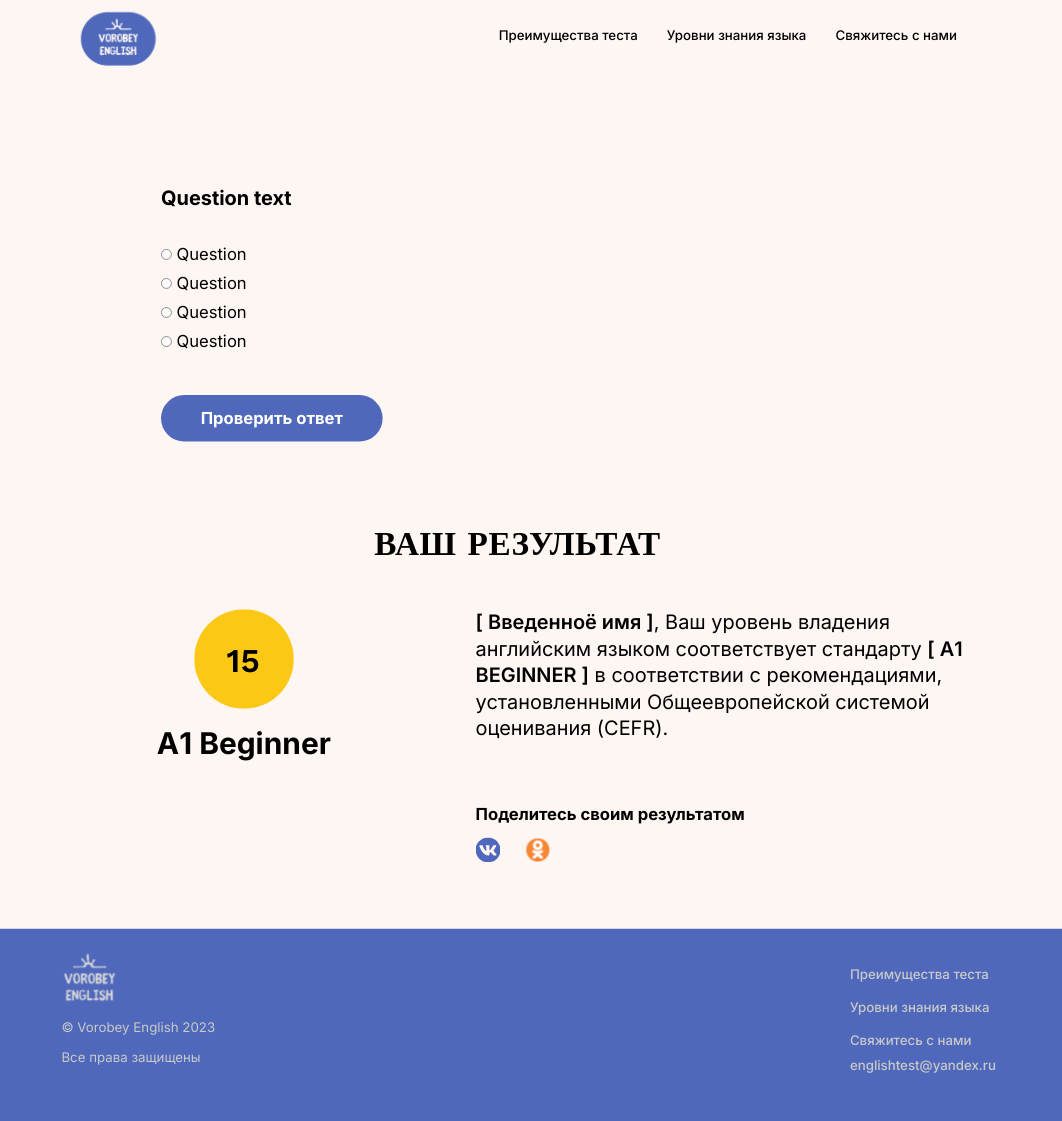
Repository: WladimirVA/PP-01-01_Dandelions
Page: test.html
The author's editor kept a copy of each file at every save. The page is drawn from the files as they stood at one save, then again after the next save.
The browser window is 1280 px wide. The pictures show the whole page, at 83% of full size.

Above is the page before, as saved 2023-02-14 13:50:09.

### test.html
<!DOCTYPE html>
<html lang="ru">
<head>
    <meta charset="UTF-8">
    <meta http-equiv="X-UA-Compatible" content="IE=edge">
    <meta name="viewport" content="width=device-width, initial-scale=1.0">
    <link href="./static/css/style.css" rel="stylesheet" type="text/css">
    <link href="./static/css/test.css" rel="stylesheet" type="text/css">
    <link href="./static/css/fonts.css" rel="stylesheet" type="text/css">
    <link rel="icon" sizes="16x16" href="./static/img/Иконка _Лого_ (1_1).svg" type="image/x-icon">
    <title>Dandelions</title>
</head>
<body>
    <header class="header" di="HOME">
        <div class="section">
            <div class="section-header">
                <div class="logo">
                    <img src="./static/img/Иконка _Лого_ (1).svg">
                </div>
                <nav>
                    <ul class="header-nav">
                        <li><a class="link" href="./Index.html">Преимущества теста</a></li>
                        <li><a class="link" href="./Index.html">Уровни знания языка</a></li>
                        <li><a class="link" href="#">Свяжитесь с нами</a></li>
                    </ul>
                </nav>
            </div>
        </div>
        <form class="quiz-box" id="quiz" method="post">
            <div class="quiz-header">
                <h2 id="question">Question text</h2>
                <ul>
                    <li>
                        <input type="radio" name="answer" id="a" class="answer" onchange="document.getElementById('submit').disabled = !this.checked;">
                        <label for="a" id="a_text">Question</label>
                    </li>
                    <li>
                        <input type="radio" name="answer" id="b" class="answer" onchange="document.getElementById('submit').disabled = !this.checked;">
                        <label for="b" id="b_text">Question</label>
                    </li>
                    <li>
                        <input type="radio" name="answer" id="c" class="answer" onchange="document.getElementById('submit').disabled = !this.checked;">
                        <label for="c" id="c_text">Question</label>
                    </li>
                    <li>
                        <input type="radio" name="answer" id="d" class="answer" onchange="document.getElementById('submit').disabled = !this.checked;">
                        <label for="d" id="d_text">Question</label>
                    </li>
                </ul>
            </div>
            <div class="button-test">
                <button class="button test_button" id="submit" disabled>Проверить ответ</button>
            </div>
        </form>

        <form class="result">
            <div class="title-result">
                <p>Ваш Результат</p>
            </div>
            <div class="result1">
                <div class="level-2">
                    <div class="level">
                        <img src="./static/img/Ellipse 15.svg" alt="Result">
                        <p>15</p>
                    </div>
                    <div class="lavel-1">
                        <p>А1  Beginner</p>
                    </div>
                </div>
                    <div class="">
                        <p class="info-result-p"><span style="font-weight: 600;"> [ Введенноё имя ]</span>, Ваш уровень владения английским языком соответствует стандарту <span style="font-weight: 600;">[ А1 BEGINNER ]</span> в соответствии
                            с рекомендациями, установленными Общеевропейской системой оценивания (CEFR).</p>
                            <div class="share">
                                <p>Поделитесь своим результатом</p>
                                <div class="share-img">
                                    <img src="./static/img/VK.svg" alt="VK">
                                    <img src="./static/img/odnoklassniki 1.svg" alt="odnoklassniki">
                                    <!-- <img src="./static/img/instagram3 1.svg" alt="instagram"> -->
                                </div>
                            </div>
                        </div>

                </div>
        </form>

    </header>
    <footer class="FOOTER">
        <div class="section">
            <div class="section-footer">
                <div class="footer-logo">
                    <img src="./static/img/Vector (3).svg">
                    <p class="footer-logo-p">© Vorobey English 2023</p>
                    <p class="footer-logo-p2">Все права защищены</p>
                </div>
                <div class="footer-navi">
                    <nav>
                        <ul class="footer-nav">
                            <li><a class="footer-link" href="#HOME">Преимущества теста</a></li>
                            <li><a class="footer-link" href="#HOME">Уровни знания языка</a></li>
                            <li><a class="footer-link" href="#HOME">Свяжитесь с нами</a></li>
                        </ul>
                    </nav>
                    <p><a class="footer-link" href="mailto:englishtest@yandex.ru">englishtest@yandex.ru</a></p>
                </div>

            </div>
        </div>
    </footer>

</body>

</html>

### static/css/style.css
body {
    scroll-behavior: smooth;
    align-items: center;
    width: 100%;
    max-width: 1366px;
    margin: auto;
    font-family: 'Inter', 'Work Sans', "NunitoSans-Light", Arial, Helvetica, sans-serif;
}

.section {
    margin: 0 auto;
    max-width: 1366px;
}

* {
    margin: 0;
    padding: 0;
}
.header {
    margin-left: 59px;
    margin-right: 92px;
}
.section-header {
    justify-content: space-between;
    height: 83px;
    width: 100%;
    display: flex;
    align-items: center;
}
.logo {
    width: 84px;
    height: auto;
}
.header-nav {
    display: flex;
    list-style-type: none;
}
.link {
    text-decoration: none;
    /* cursor: pointer; */
    font-family: 'Inter';
    font-weight: 500;
    font-size: 16px;
    line-height: 19px;
    color: #000000;
}
.header-nav li {
    margin-right: 35px;
}

.HOME {
    margin-top: 64px;
    margin-left: 93px;
    margin-right: 92px;
    background-color: #FEF6F3;
}
.section-home {
    align-items: center;
    display: flex;
    justify-content: space-between;
    margin-top: -90px;
}


.title {
    font-family: 'Work Sans';
    font-style: normal;
    font-weight: 600;
    font-size: 40px;
    line-height: 48px;
    display: flex;
    align-items: center;
    letter-spacing: 0.02em;
    text-transform: uppercase;
}
.home_p {
    font-family: 'Work Sans';
    font-style: normal;
    font-weight: 400;
    font-size: 20px;
    line-height: 24px;
    margin-top: 43px;
}

.home_ul {
    margin-top: 35px;
}
.home_li {
    list-style-type: none;
    margin-top: 12px;
    font-family: 'Inter';
    font-style: normal;
    font-weight: 400;
    font-size: 16px;
    line-height: 20px;
}

.check {
    margin-bottom: -7px;
    margin-right: 16px;
}

.buttonsHome {
    margin-top: 68px;
}
.button_home {
    background: #FBC815;
    border-radius: 50px;
    width: 267px;
    height: 56px;
    font-family: 'Inter';
    font-style: normal;
    font-weight: 700;
    font-size: 20px;
    line-height: 24px;
    border: 0;
    cursor: pointer;
}

.button_home:hover {
    background-color: #BC9F3B;
}

.button_home:active {
    background-color: #FDE07D;
}

.image-home {
    max-width: 747px;
    max-height: 496px;
}

.title_2 {
    display: block;
    margin-top: 100px;
    padding-top: 68px;
    text-transform: none;
    font-family: 'Work Sans';
    font-style: normal;
    font-weight: 800;
    font-size: 36px;
    line-height: 48px;
    align-items: center;
    text-align: center;
}

.WHY-TEST {
    background-color: #FDE4D3;
    Height: 616px;
}

.section-home-2 {
    align-items: center;
    display: flex;
    justify-content: space-around;
    margin-top: 20px;
}

.home-text {
    width: 490px;
}

.p-text {
    margin-top: 32px;
}

.ADVAN_TEST {
    background: #4F68BB;
    color: white;
    height: 712px;
    padding-top: 63px;
    /* margin-top: 120px; */
}

.content_img {
    margin-top: -215px;
    text-align: end;
    margin-right: 50px;
}

.rot-sheet {
    margin: 0 -34px 90px 0px;
}

.rot-sheet-1 {
    margin: 0 -35px 90px 0px;
}

.rot-img1 {
    width: 117px;
    margin-top: 11px;
    margin-right: -20px;
}

.rot-img2 {
    width: 65px;
    margin-bottom: -35px;
}

.rot-img3 {
    width: 78px;
    margin-bottom: 20px;
    margin-left: -20px;
}

img.rot {
    animation: 1s linear 0s normal none infinite running rot;
    -webkit-animation: 4s linear 0s normal none infinite running rot;
    /* width: 100px; */
  }
  @keyframes rot {
    0% {
      transform: rotate(0deg);
    }
    100% {
      transform: rotate(360deg);
    }
  }
  @-webkit-keyframes rot {
    0% {
      transform: rotate(0deg);
    }
    100% {
      transform: rotate(360deg);
    }
  }

  img.rot1 {
    animation: 1s linear 0s normal none infinite running rot1;
    -webkit-animation: 4s linear 0s normal none infinite running rot1;
    /* width: 100px; */
  }
  @keyframes rot1 {
    0% {
      transform: rotate(360deg);
    }
    100% {
      transform: rotate(0deg);
    }
  }
  @-webkit-keyframes rot1 {
    0% {
      transform: rotate(0deg);
    }
    100% {
      transform: rotate(360deg);
    }
  }


.content-ADVAN_TEST {
    display: flex;
    justify-content: space-evenly;
    margin-top: 75px;
}

.test-info {
   width: 300px;
}



.title_3 {
    display: block;
    text-transform: none;
    font-family: 'Work Sans';
    font-style: normal;
    font-weight: 800;
    font-size: 36px;
    line-height: 48px;
    align-items: center;
    text-align: center;
}

.advan-test {
    margin: 30px 0 30px 0;
    font-style: normal;
    font-weight: 700;
    font-size: 24px;
    line-height: 32px;
}

.advan-test-p {
    font-style: normal;
    font-weight: 400;
    font-size: 18px;
    line-height: 24px;
}

.advan-test-p-2 {
    margin: 65px 0 0 115px;
    max-width: 1117px;
}

.container {
    display: grid;
    grid-template-columns: repeat(3, 295px);
    justify-items: stretch;
    justify-content: space-around;;
    grid-template-rows: 100px 100px 100px;
    row-gap:  280px;
    margin-top: -30px;
}

.text_test img {
    margin-left: 700px;
}

.container-box h3 {
    font-style: normal;
    font-weight: 700;
    font-size: 32px;
    line-height: 36px;
}

.container-box-p {
    font-style: normal;
    font-weight: 700;
    font-size: 24px;
    line-height: 32px;
    margin: 60px 0 15px 0;
}

.container-box-p2 {
    font-style: normal;
    font-weight: 400;
    font-size: 16px;
    line-height: 24px;
}

.LANGUAGE_LEVELS {
    background-color:  #FEF6F3;
}

.content {
    padding-top: 66px;
}

.container-box {
    position: relative;
}

.box-1 h3 {
    position: absolute;
}

.cloud {
    margin: -11px 0 0 -80px;
    position: absolute;
}

.ball {
    display: block;
    position: inherit;
    margin-left:195px;
    margin-top: 30px;
}

.ball-2 {
    margin-left: 180px;
}

.ball-3 {
    display: block;
    margin-left: 335px;
    margin-top: -199px;
}

.button {
    text-align: center;
    background: #F03F5A;
    cursor: pointer;
    border-radius: 30px;
    border: 0;
}

.TEST {
    background-color: #FBCDA6;
    height: 352px;
}

.test_button {
    margin-top: 30px;
    width: 267px;
    height: 56px;
    font-family: 'Inter';
    font-style: normal;
    font-weight: 700;
    font-size: 20px;
    line-height: 24px;
}

.test_button:hover {
    background-color: #B45060;
}

.test_button:active {
    background-color: #F893A3;
}

.test-now {
    display: flex;
    justify-content: space-between;
    margin-left: 89px;
}

.test-now-text {
    text-align: center;
    margin-top: 15px;
}

.test-now-img {
    margin-top: -159px;
}

.FOOTER {
    background: #4F68BB;
    height: 232px;
    color: #C9C9C9;
}

.footer-logo-p {
    margin-top: -65px;
    margin-left: 74px;
}

.footer-logo-p2 {
    margin-top: 16px;
    margin-left: 74px;
}


.section-footer {
    display: flex;
    justify-content: space-between;
    align-items: center;
    max-width: 1200px;
}

.footer-logo {
    margin-top: -37px;
}

.footer-logo img {
    margin-top: -20px;
}

.footer-navi {
    margin-top: 34px;
}

.footer-nav {
    display: grid;
    list-style-type: none;
    line-height: 2.5;
}

.footer-link {
    text-decoration: none;
    font-family: 'Inter';
    font-weight: 500;
    font-size: 16px;
    line-height: 19px;
    color: #C9C9C9;
    list-style-type: none;
}

### static/css/test.css
body {
    max-width: 1366px;
    max-height: 825px;
    background-color: #FEF6F3;
}

.header {

}

.quiz-box {
    margin: 146px 0 0 135px
}

.quiz-header ul {
    line-height: 24px;
    width: 214px;
    font-family: 'Inter';
    font-style: normal;
    font-weight: 400;
    font-size: 20px;
    line-height: 35px;
    list-style-type: none;
}

.quiz-header {
    font-family: 'Inter';
    font-style: normal;
    font-weight: 400;
    font-size: 16px;
    line-height: 20px;
}

.quiz-header h2 {
    margin-bottom: 40px;
}

.button-test {
    margin: 17px 0 47px 0;

}

.test_button {
    background: #4F68BB;
    color:#FFFFFF;
    cursor: pointer;
}

#submit:hover {
    background-color: #1A307A;
}

#submit:active {
    background-color: #97A7DD;
}

.result {
    margin: 100px 0 150px 0;
}

.title-result {
    text-align: center;
    align-items: center;
    text-align: center;
    letter-spacing: 0.02em;
    text-transform: uppercase;
    color: #000000;
    font-family: 'Work Sans';
    font-style: normal;
    font-weight: 600;
    font-size: 40px;
    line-height: 48px;
    margin-bottom: 54px;
}

.result1 {
    display: flex;
    justify-content: space-between;
}

.info-result-p {
    width: 615px;
    height: 235px;
    font-family: 'Inter';
    font-style: normal;
    font-size: 24px;
    line-height: 32px;
    }

.level {
    margin-left: 45px;
}

.level p {
    margin: -85px 0 0 39px;
    font-family: 'Work Sans';
    font-style: normal;
    font-weight: 600;
    font-size: 40px;
    line-height: 48px;
}

.level-2 {
    margin-left: 130px;
}

.lavel-1 {
    margin-top: 50px;
    font-style: normal;
    font-weight: 700;
    font-size: 36px;
    line-height: 48px;
    }

.share {
    position: absolute;
}

.share p {
    font-family: 'Inter';
    font-style: normal;
    font-weight: 700;
    font-size: 20px;
    line-height: 24px;
}

.share-img {
    display: flex;
}

.share-img img {
    margin: 16px 30px 0 0;
}

### static/css/fonts.css
@import url('https://fonts.googleapis.com/css2?family=Work+Sans:ital,wght@0,600;0,800;1,800&display=swap');


@import url('https://fonts.googleapis.com/css2?family=Inter:wght@400;500;600;700;800&family=Work+Sans:ital,wght@0,600;0,800;1,800&display=swap');

After the next save:
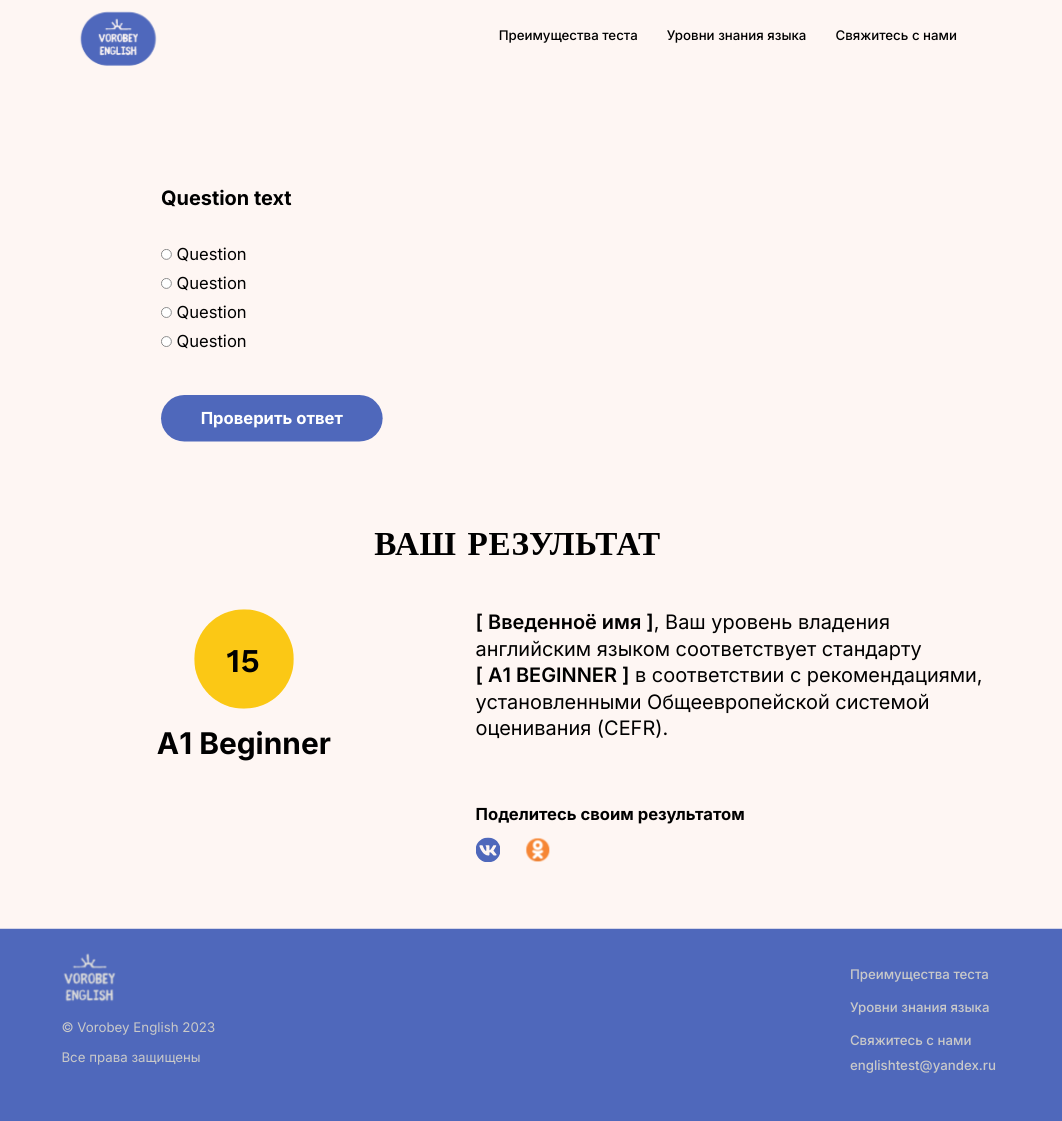
Saved 28 s later.
--- a/test.html
+++ b/test.html
@@ -68,7 +68,7 @@
                     </div>
                 </div>
                     <div class="">
-                        <p class="info-result-p"><span style="font-weight: 600;"> [ Введенноё имя ]</span>, Ваш уровень владения английским языком соответствует стандарту <span style="font-weight: 600;">[ А1 BEGINNER ]</span> в соответствии
+                        <p class="info-result-p"><span style="font-weight: 600;"> [ Введенноё имя ]</span>, Ваш уровень владения английским языком соответствует стандарту <br><span style="font-weight: 600;">[ А1 BEGINNER ]</span> в соответствии
                             с рекомендациями, установленными Общеевропейской системой оценивания (CEFR).</p>
                             <div class="share">
                                 <p>Поделитесь своим результатом</p>
